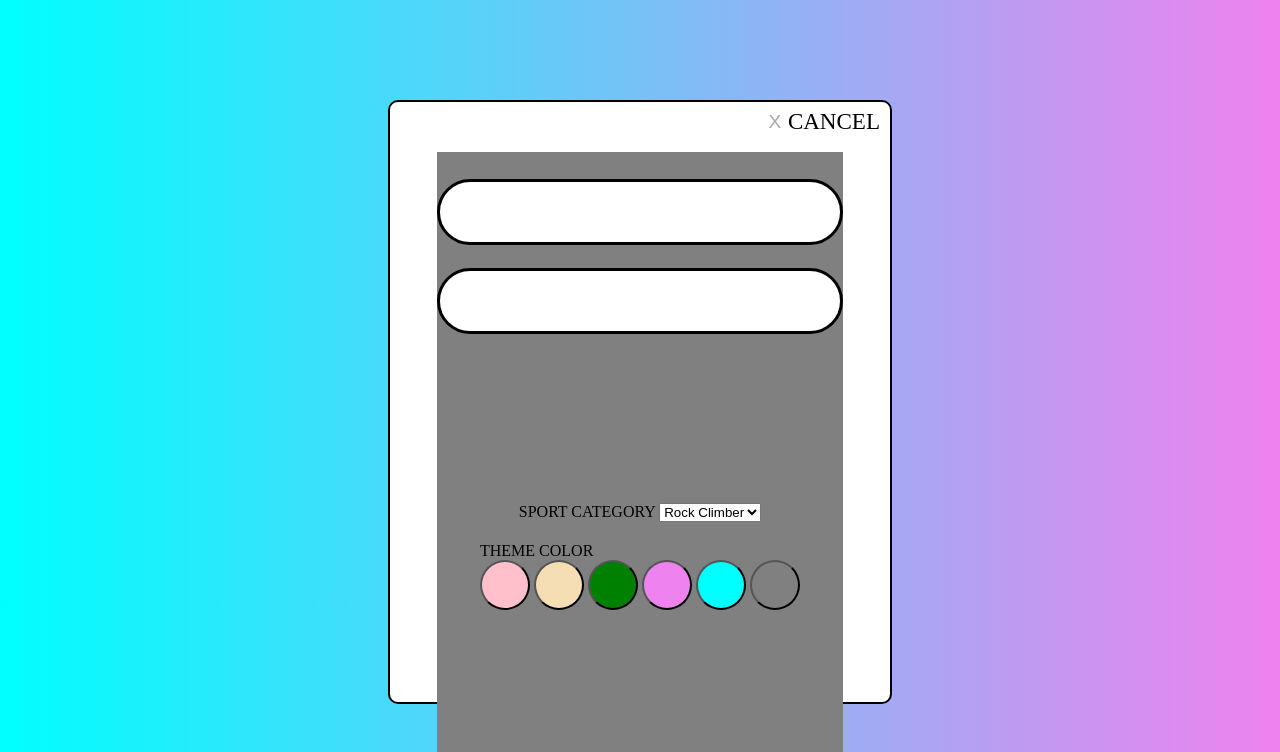
Repository: zRush1202/LoginPage-demo
Page: dom/exercise/login.html
The author's editor kept a copy of each file at every save. The page is drawn from the files as they stood at one save, then again after the next save.
The browser window is 1280 px wide. The pictures show the whole page.

Above is the page before, as saved 2023-09-17 09:45:28.

After the next save:
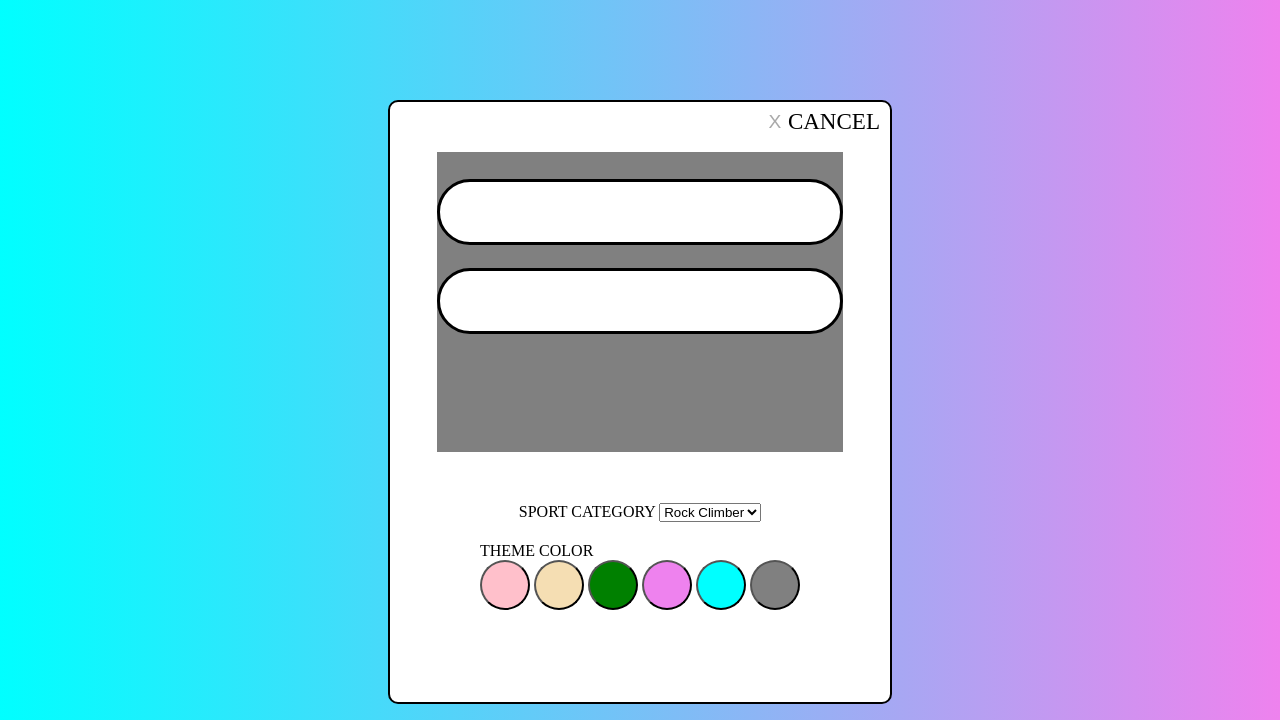
Saved 6 s later.
--- a/dom/exercise/login.css
+++ b/dom/exercise/login.css
@@ -66,7 +66,7 @@ body {
 
 .tk {
     position: relative;
-    height: 100%;
+    height: 50%;
     background-color: gray;
 }
 
